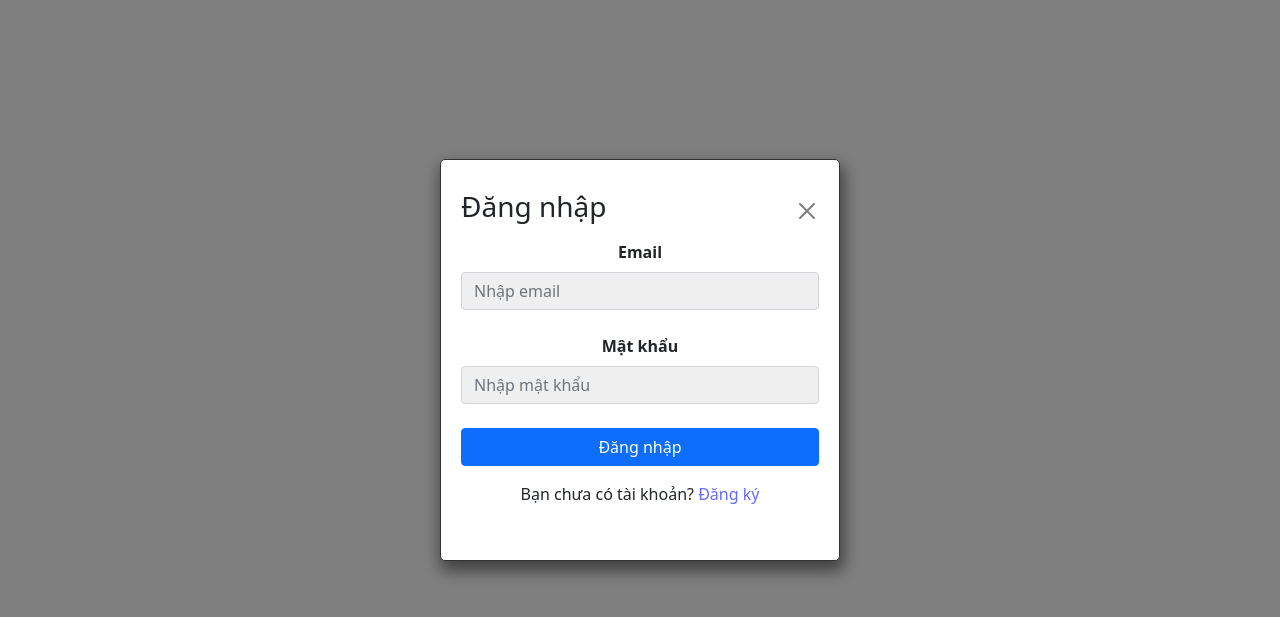
Repository: TinhTT336/MD02_Session12
Page: / (app in client/)
An editor plug-in stored every save of this project. The page is shown before and after the next save, followed by the edit.
The browser window is 1280 px wide. The pictures show the whole page.
The project was rebuilt for these pictures with package versions that can differ from the ones it lists, and the page was loaded fresh each time. Also part of the build but not shown: client/vite.config.js, client/src/utils/formatData.js, client/src/components/admin/manager-product/FormAdd.jsx, client/src/components/admin/manager-product/FormEdit.jsx, client/src/pages/product/ListProduct.jsx, client/src/components/admin/manager-user/FormAddUser.jsx, client/src/components/admin/manager-user/FormEditUser.jsx, client/src/components/base/loading.css and 2 more.

Above is the page before, as saved 2023-09-12 15:13:01.

### client/index.html
<!DOCTYPE html>
<html lang="en">
  <head>
    <meta charset="UTF-8" />
    <link rel="icon" type="image/svg+xml" href="/vite.svg" />
    <meta name="viewport" content="width=device-width, initial-scale=1.0" />
    <title>Vite + React</title>
    <link
      href="https://cdn.jsdelivr.net/npm/bootstrap@5.0.2/dist/css/bootstrap.min.css"
      rel="stylesheet"
      integrity="sha384-EVSTQN3/azprG1Anm3QDgpJLIm9Nao0Yz1ztcQTwFspd3yD65VohhpuuCOmLASjC"
      crossorigin="anonymous"
    />
    <link
      rel="stylesheet"
      href="https://cdnjs.cloudflare.com/ajax/libs/font-awesome/6.4.2/css/all.min.css"
      integrity="sha512-z3gLpd7yknf1YoNbCzqRKc4qyor8gaKU1qmn+CShxbuBusANI9QpRohGBreCFkKxLhei6S9CQXFEbbKuqLg0DA=="
      crossorigin="anonymous"
      referrerpolicy="no-referrer"
    />
  </head>
  <body>
    <div id="root"></div>
    <script type="module" src="/src/main.jsx"></script>
  </body>
</html>

### client/src/App.jsx
import { useState } from 'react'
import reactLogo from './assets/react.svg'
import viteLogo from '/vite.svg'
import './App.css'
import ListProduct from './pages/product/ListProduct'
import ListUser from './pages/admin/ListUser'
import Login from './pages/user/login/Login'

function App() {
  const [count, setCount] = useState(0)

  return (
    <>
      {/* <ListProduct /> */}
      {/* <ListUser /> */}
      <Login />
    </>
  )
}

export default App

### client/src/pages/user/login/Login.jsx
import React, { useState } from 'react';
import "./login.css";
import axios from 'axios';
import { notification } from 'antd';
import { resourceForm } from '../../../resources/resourcesVN';

export default function Login() {
    const [email, setEmail] = useState("");
    const [password, setPassword] = useState("");
    const [emailError, setEmailError] = useState(false);
    const [passwordError, setPasswordError] = useState(false);

    // ham validate du lieu nhap vao
    const validateData = (nameInput, valueInput) => {
        switch (nameInput) {
            case "email":
                if (!valueInput) {
                    setEmailError(true);
                } else {
                    setEmailError(false);
                }
                break;
            case "password":
                if (!valueInput) {
                    setPasswordError(true);
                } else {
                    setPasswordError(false);
                }
                break;
            default:
                break;
        }
    }

    // ham lay du lieu tu o Input
    const handleInputChange = (e) => {
        // lay name va value tu o input
        const { value, name } = e.target;

        // khi onChange thi goi den ham validate(
        validateData(name, value);
        // kiem tra name va gan gia tri
        if (name === "email") {
            setEmail(value);
        } else if (name === "password") {
            setPassword(value);
        } else {
            return;
        }
    }

    // ham submit du lieu
    const handleSubmit = (e) => {
        e.preventDefault();
        validateData("email", email);
        validateData("password", password);

        if (email && password) {
            const newUser = {
                email,
                password
            }
            // goi API dang nhap
            axios.post("http://localhost:8000/login", newUser)
                .then(response => {
                    if (response.status === 200) {
                        // luu du lieu len local
                        localStorage.setItem("userLogin", JSON.stringify(response.data.user));
                        //  chuyen trang
                        if (response.data.user.role === 0) {
                            console.log("Chuyen vao trang admin");
                        } else {
                            console.log("Chuyen vao trang user");
                        }
                    }
                })
                .catch(error => {
                    console.log(error.response.data);
                    if (error.response.data === "Incorrect password" || error.response.data === "Password is too short" || error.response.data === "Cannot find user") {
                        notification.error({
                            message: "Cảnh báo",
                            description: "Email hoặc mật khẩu không đúng",
                        })
                    }
                })
        }
    }

    return (
        <>
            <div className='container-login'>
                <form className='form-login' onSubmit={handleSubmit}>
                    <div className='d-flex justify-content-between align-items-center mb-2'>
                        <h3>{resourceForm.headingLogin}</h3>
                        <div className='btn btn-close'></div>
                    </div>
                    <div className='form-group mb-4'>
                        <label className='form-label' htmlFor="email">Email</label>
                        <input className={`form-control ${emailError && "border-err"}`}
                            type="text" name="email" id="email" placeholder='Nhập email'
                            value={email} onChange={handleInputChange}
                            onBlur={handleInputChange} />
                        {emailError && <div className='text-err mt-1  '>Email không được để trống</div>}
                    </div>
                    <div className='form-group mb-4'>
                        <label className='form-label' htmlFor="password">Mật khẩu</label>
                        <input className={`form-control ${passwordError && "border-err"}`}
                            type="password" name="password" id="password" placeholder='Nhập mật khẩu'
                            value={password} onChange={handleInputChange}
                            onBlur={handleInputChange} />
                        {passwordError && <div className='text-err mt-1 '>Mật khẩu không được để trống</div>}
                    </div>
                    <div className='mb-2'>
                        <button className='btn btn-primary w-100'>Đăng nhập</button>
                    </div>
                    <p className='p-2 text-center' >Bạn chưa có tài khoản? <a href='#'>Đăng ký</a> </p>
                </form>
            </div>
        </>
    )
}

### client/src/pages/user/login/login.css
.container-login {
  position: fixed;
  top: 0;
  bottom: 0;
  left: 0;
  right: 0;
  background: rgba(0, 0, 0, 0.5);
  display: flex;
  align-items: center;
  justify-content: center;
}
.form-login {
  padding: 30px 20px;
  border: 1px solid #333;
  width: 400px;
  background-color: #fff;
  border-radius: 5px;
  box-shadow: 2px 8px 16px 2px rgba(0, 0, 0, 0.5);
}
.form-group {
  display: flex;
  flex-direction: column;
}
.form-label {
  font-weight: 600;
}
.text-err {
  color: red;
  font-style: italic;
  font-size: 14px;
}
.border-err {
  border-color: red;
}

### client/src/resources/resourcesVN.js
// resource lien quan den form
export const resourceForm = {
  headingLogin: "Đăng nhập",
  headingRegister: "Đăng ký",
  forgetText: "Quên mật khẩu",
  confirmAccount: "Bạn đã có tài khoản?",
};

// resource lien quan den sidebar cua admin
// resource lien quan den header cuar user

### client/src/components/admin/manager-product/product.css
.product-container {
  position: fixed;
  bottom: 0;
  top: 0;
  right: 0;
  left: 0;
  background: rgba(0, 0, 0, 0.6);
  display: flex;
  align-items: center;
  justify-content: center;
  min-height: 100vh;
}
.form-container {
  width: 400px;
  padding: 20px;
  background-color: #fff;
  border: 1px solid #3333;
  border-radius: 4px;
}
.form-control {
  background-color: #efefef;
}

Loaded but not shown: client/src/main.jsx (common file); client/src/index.css (common file); client/src/App.css (common file)

After the next save:
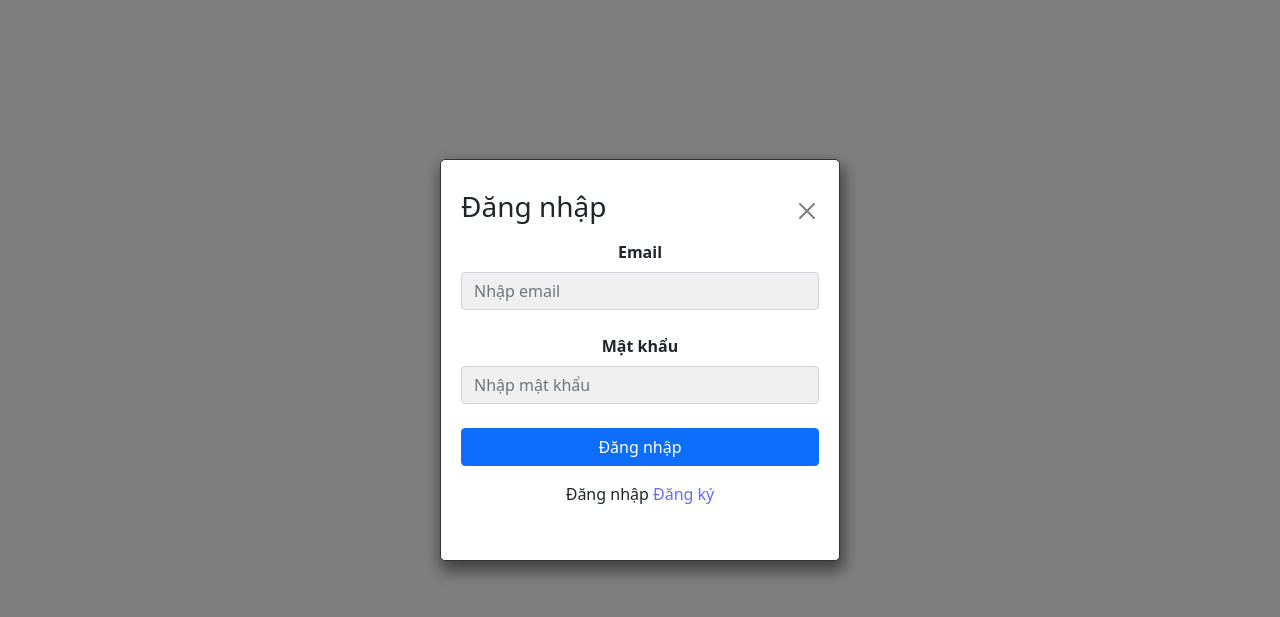
Saved 33 s later.
--- a/client/src/pages/user/login/Login.jsx
+++ b/client/src/pages/user/login/Login.jsx
@@ -113,7 +113,7 @@ export default function Login() {
                     <div className='mb-2'>
                         <button className='btn btn-primary w-100'>Đăng nhập</button>
                     </div>
-                    <p className='p-2 text-center' >Bạn chưa có tài khoản? <a href='#'>Đăng ký</a> </p>
+                    <p className='p-2 text-center' >{resourceForm.headingLogin} <a href='#'>Đăng ký</a> </p>
                 </form>
             </div>
         </>
